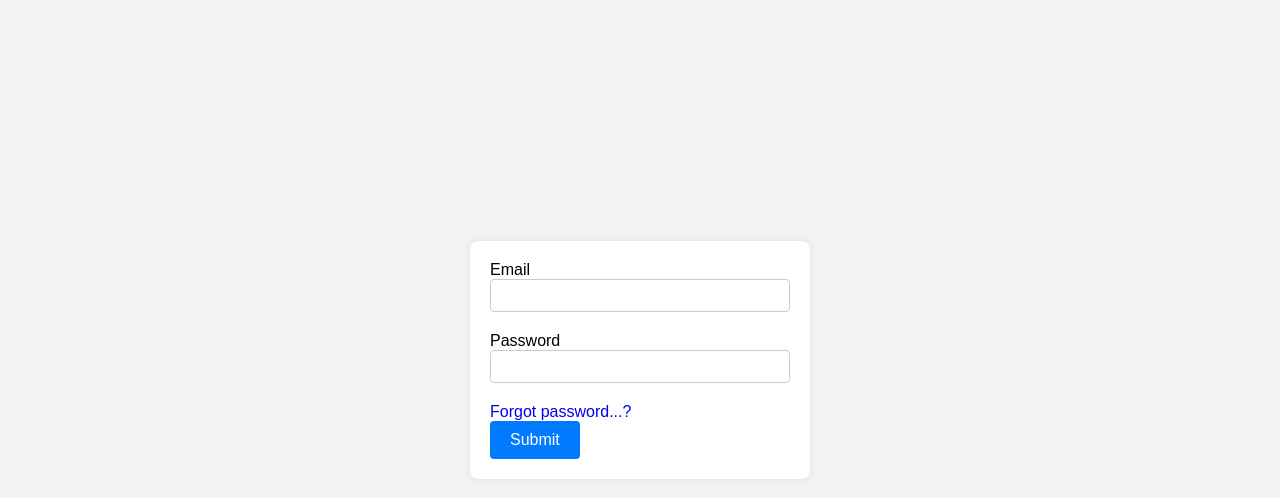
Repository: Ndifoinhilary/authentication
Page: http://localhost/auth/login/
The author's editor kept a copy of each file at every save. The page is drawn from the files as they stood at one save, then again after the next save.
The browser window is 1280 px wide. The pictures show the whole page.
The page is served by the project's application, run on Django 3.2 (manage.py). Other server files are loaded and not shown.

Above is the page before, as saved 2024-01-05 19:18:49.

### Auth/templates/login.html
<!DOCTYPE html>
<html lang="en">

<head>
    <meta charset="UTF-8">
    <meta name="viewport" content="width=device-width, initial-scale=1.0">
    <style>
        body {
            font-family: 'Arial', sans-serif;
            background-color: #f4f4f4;
            margin: 0;
            padding: 0;
            display: flex;
            justify-content: center;
            align-items: center;
            height: 100vh;
        }

        form {
            background-color: #fff;
            padding: 20px;
            border-radius: 8px;
            box-shadow: 0 0 10px rgba(0, 0, 0, 0.1);
            width: 300px;
        }

        .input {
            margin-bottom: 20px;
        }

        .label {
            display: block;
            margin-bottom: 5px;
            font-weight: bold;
        }

        .form-control {
            width: 100%;
            padding: 8px;
            border: 1px solid #ccc;
            border-radius: 4px;
            box-sizing: border-box;
        }

        .mb-4 {
            margin-bottom: 16px;
        }

        .btn {
            background-color: #007bff;
            color: #fff;
            padding: 10px 20px;
            border: none;
            border-radius: 4px;
            cursor: pointer;
            font-size: 16px;
            <!-- margin-top: 3px; -->
        }

        .btn:hover {
            background-color: #0056b3;
        }
        <!-- a{
            display: block;
            margin-top: 3px;
            text-decoration: none;
        } -->
    </style>
</head>

<body>
    <form action="{% url 'login'  %}" class="form-border" method="POST">
        {% csrf_token %}
        <div class="input">
         <lable class="lable">Email</lable>
         <input type="email" name="email" class="form-control mb4">
        </div>
        <div class="input">
            <lable class="lable">Password</lable>
            <input type="password" name="password" class="form-control mb4">
           </div>
           <a href="#"> Forgot password...?  </a>
         <button type="submit" class="btn">Submit</button>

    </form>

</body>

</html>

### Auth/views.py
# pylint: disable=unused-argument
from django.shortcuts import render, redirect
from django.contrib import messages
from django.contrib.auth import authenticate, login, logout
from django.urls import reverse_lazy, reverse
from django.views.generic import FormView
from Auth.forms import RegistrationForm
from Auth.models import User

# Create your views here.


def homePage(request):
    user = request.user
    return render(request, "home.html", {"user": user})


def registerUser(request):
    form = RegistrationForm()

    if request.method == "POST":
        form = RegistrationForm(request.POST)
        if form.is_valid():
            user = form.save(commit=False)
            user.email = user.email.lower()
            new_user = user.save()
            new_user = authenticate(
                request,
                email=form.cleaned_data["email"],
                password=form.cleaned_data["password"],
            )
            check = new_user is not None
            if check:
                login(request, user)
                return redirect("home")
        else:
            messages.error(request, "Invalid form check your data")
    return render(request, "register.html", {"form": form})


def loginUser(request):
    if request.method == "POST":
        email = request.POST.get("email")
        password = request.POST.get("password")
        try:
            user = User.objects.get(email=email)
        except:
            messages.error(request, "Invalid form check your data")
        user = authenticate(request, email=email, password=password)
        check = user is not None and user.check_password(password)
        if check:
            login(request, user)
            return redirect("home")

    return render(request, "login.html")


def logoutUser(request):
    logout(request)
    return redirect("home")

### authentication/urls.py
from django.contrib import admin
from django.urls import path, include
from django.conf import settings
from django.conf.urls.static import static

urlpatterns = [path("admin/", admin.site.urls), path("", include("Auth.urls"))]


urlpatterns += static(settings.MEDIA_URL, document_root=settings.MEDIA_ROOT)
urlpatterns += static(settings.STATIC_URL, document_root=settings.MEDIA_ROOT)

### Auth/urls.py
# pylint: disable=trailing-whitespace
from django.urls import path

from . import views


urlpatterns = [
    path("", views.homePage, name="home"),
    path("auth/login/", views.loginUser, name="login"),
    path("auth/register/", views.registerUser, name="register"),
    path("auth/logout/", views.logoutUser, name="logout"),
]

After the next save:
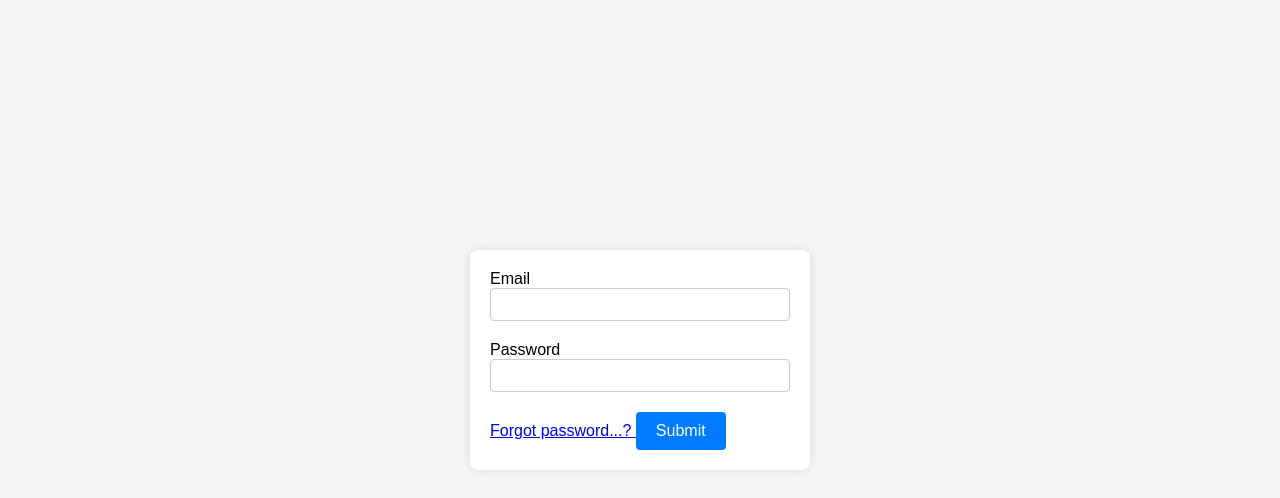
Saved 36 s later.
--- a/Auth/templates/login.html
+++ b/Auth/templates/login.html
@@ -54,17 +54,15 @@
             border-radius: 4px;
             cursor: pointer;
             font-size: 16px;
-            <!-- margin-top: 3px; -->
+
         }
 
         .btn:hover {
             background-color: #0056b3;
         }
-        <!-- a{
-            display: block;
-            margin-top: 3px;
-            text-decoration: none;
-        } -->
+        a{
+
+        }
     </style>
 </head>
 

After the save that followed:
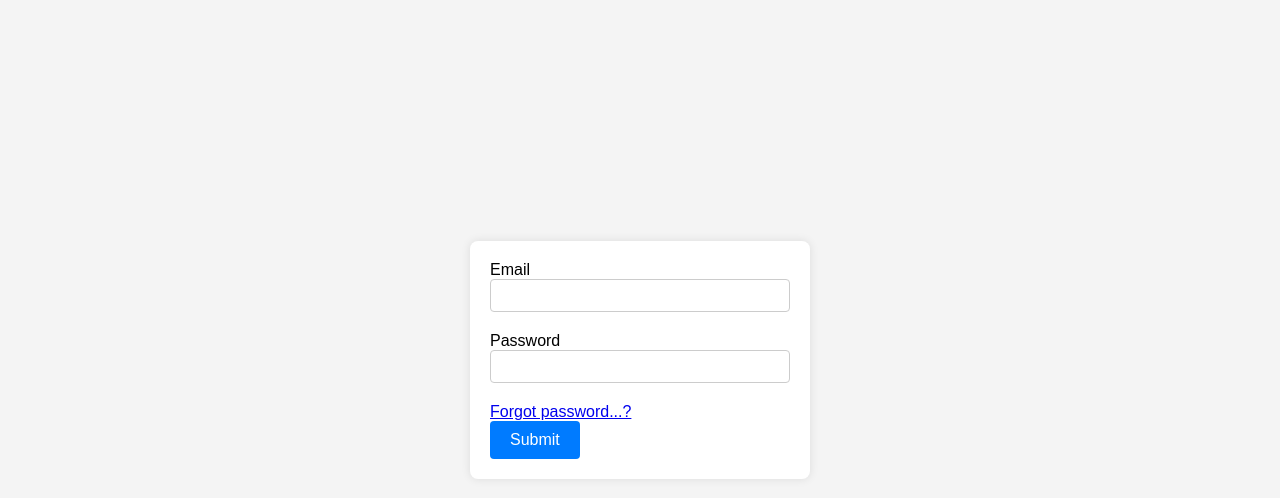
Saved 70 s later.
--- a/Auth/templates/login.html
+++ b/Auth/templates/login.html
@@ -61,7 +61,7 @@
             background-color: #0056b3;
         }
         a{
-
+           display: block;
         }
     </style>
 </head>
